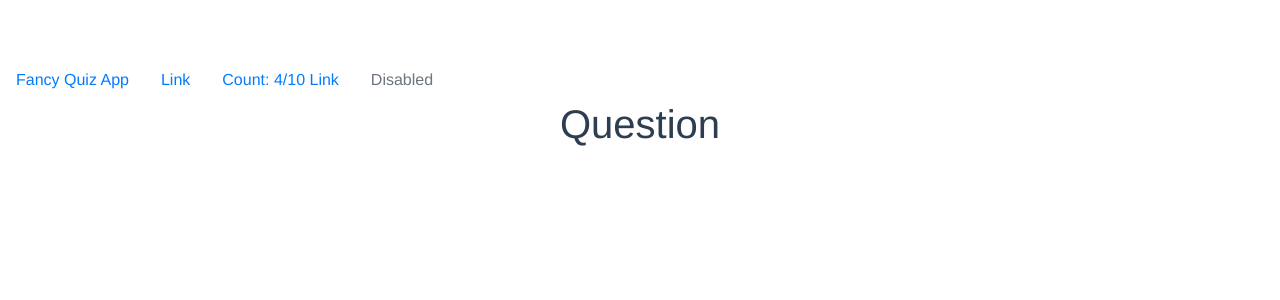
Repository: tokliver/AppVue
Page: /
The author's editor kept a copy of each file at every save. The page is drawn from the files as they stood at one save, then again after a run of saves.
The browser window is 1280 px wide. The pictures show the whole page.
The project was rebuilt for these pictures with package versions that can differ from the ones it lists, and the page was loaded fresh each time.

Above is the page before, as saved 2019-04-13 09:15:04.

### src/main.js
import Vue from 'vue'

import BootstrapVue from 'bootstrap-vue'

import 'bootstrap/dist/css/bootstrap.css'
import 'bootstrap-vue/dist/bootstrap-vue.css'

import App from './App.vue'



Vue.use(BootstrapVue)

Vue.config.productionTip = false

new Vue({
  render: h => h(App),
}).$mount('#app')

### src/App.vue
<template>
  <div id="app">
    <Header />
    <QuestionBox />
  </div>
</template>

<script>
import Header from './components/Header.vue'
import QuestionBox from './components/QuestionBox.vue'

export default {
  name: 'app',
  components: {
    Header,
    QuestionBox
  }
}
</script>

<style>
#app {
  font-family: 'Avenir', Helvetica, Arial, sans-serif;
  -webkit-font-smoothing: antialiased;
  -moz-osx-font-smoothing: grayscale;
  text-align: center;
  color: #2c3e50;
  margin-top: 60px;
}
</style>

### src/components/Header.vue
<template>
<div>
  <b-nav>
    <b-nav-item active>Fancy Quiz App</b-nav-item>
    <b-nav-item>Link</b-nav-item>
    <b-nav-item>Count: 4/10 Link</b-nav-item>
    <b-nav-item disabled>Disabled</b-nav-item>
  </b-nav>
</div>
</template>

### src/components/QuestionBox.vue
<template>
    <h1>Question</h1>
</template>

Loaded but not shown: public/index.html (common file)

After the next 2 saves:
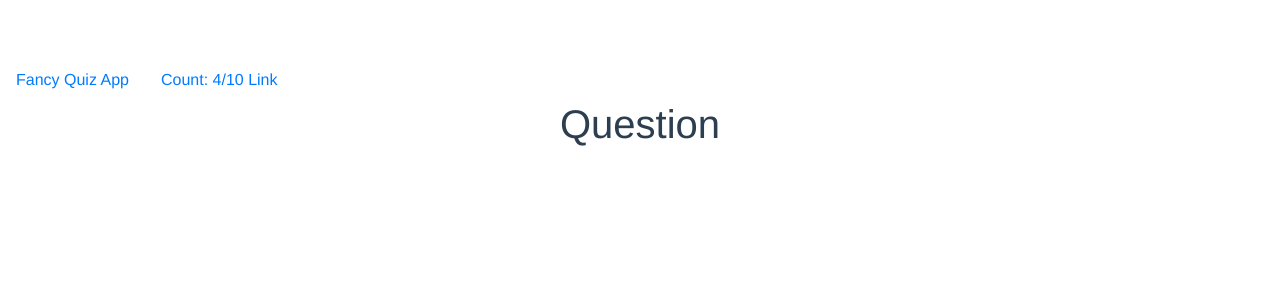
The 2 saves are shown as one change because they came seconds apart.
The last was saved 116 s later.
--- a/src/components/Header.vue
+++ b/src/components/Header.vue
@@ -2,9 +2,7 @@
 <div>
   <b-nav>
     <b-nav-item active>Fancy Quiz App</b-nav-item>
-    <b-nav-item>Link</b-nav-item>
     <b-nav-item>Count: 4/10 Link</b-nav-item>
-    <b-nav-item disabled>Disabled</b-nav-item>
   </b-nav>
 </div>
 </template>
